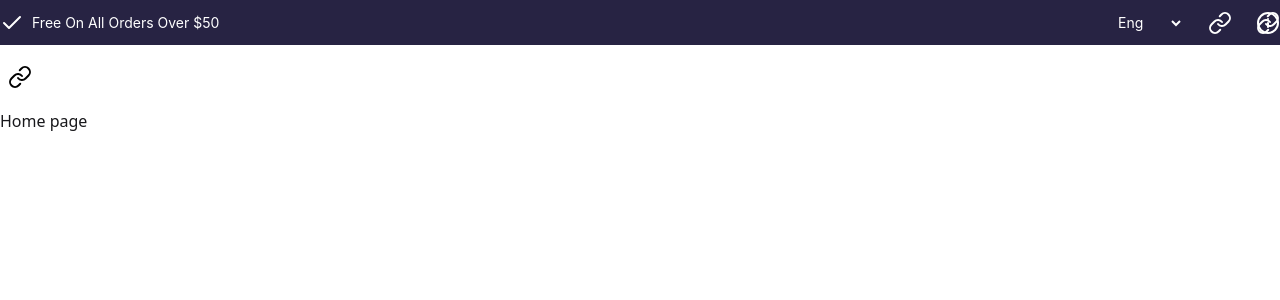
Repository: Neda0o0/store-template-website
Page: /
These files come from the project's save history. The page is drawn as it stood at one moment and after the next save; the edit follows.
The browser window is 1280 px wide. The pictures show the whole page.
The project was rebuilt for these pictures with package versions that can differ from the ones it lists, and the page was loaded fresh each time. Also part of the build but not shown: vite.config.js, src/Pages/Auth/Auth.jsx, src/Pages/Auth/Login/Login.jsx, src/Pages/Auth/Register/Register.jsx, src/Pages/Error/Error.jsx, src/AuthCheck/AuthCheck.jsx.

Above is the page before, as saved 2025-10-20 19:30:17.

After the next save:
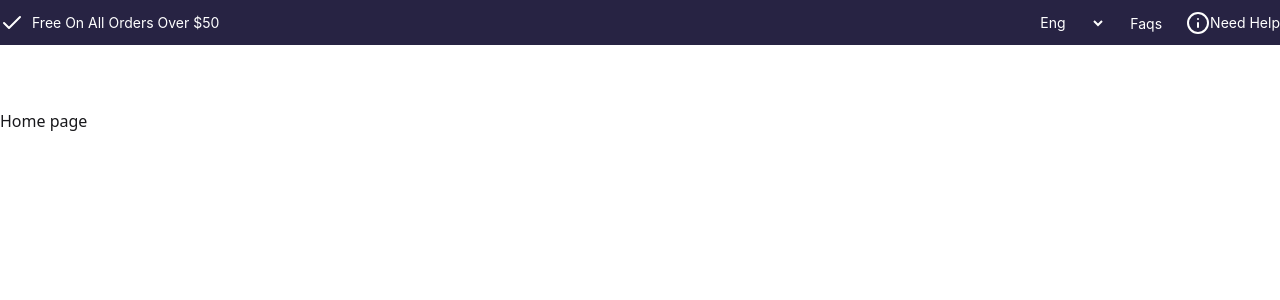
Saved 4 min 1 s later.
--- a/src/components/Navbar/Navbar.jsx
+++ b/src/components/Navbar/Navbar.jsx
@@ -1,5 +1,5 @@
 import { Armchair, Check, Info } from "lucide-react";
-import { Link } from "lucide-react";
+import { Link } from "react-router-dom";
 
 const Navbar = () => {
   return (
